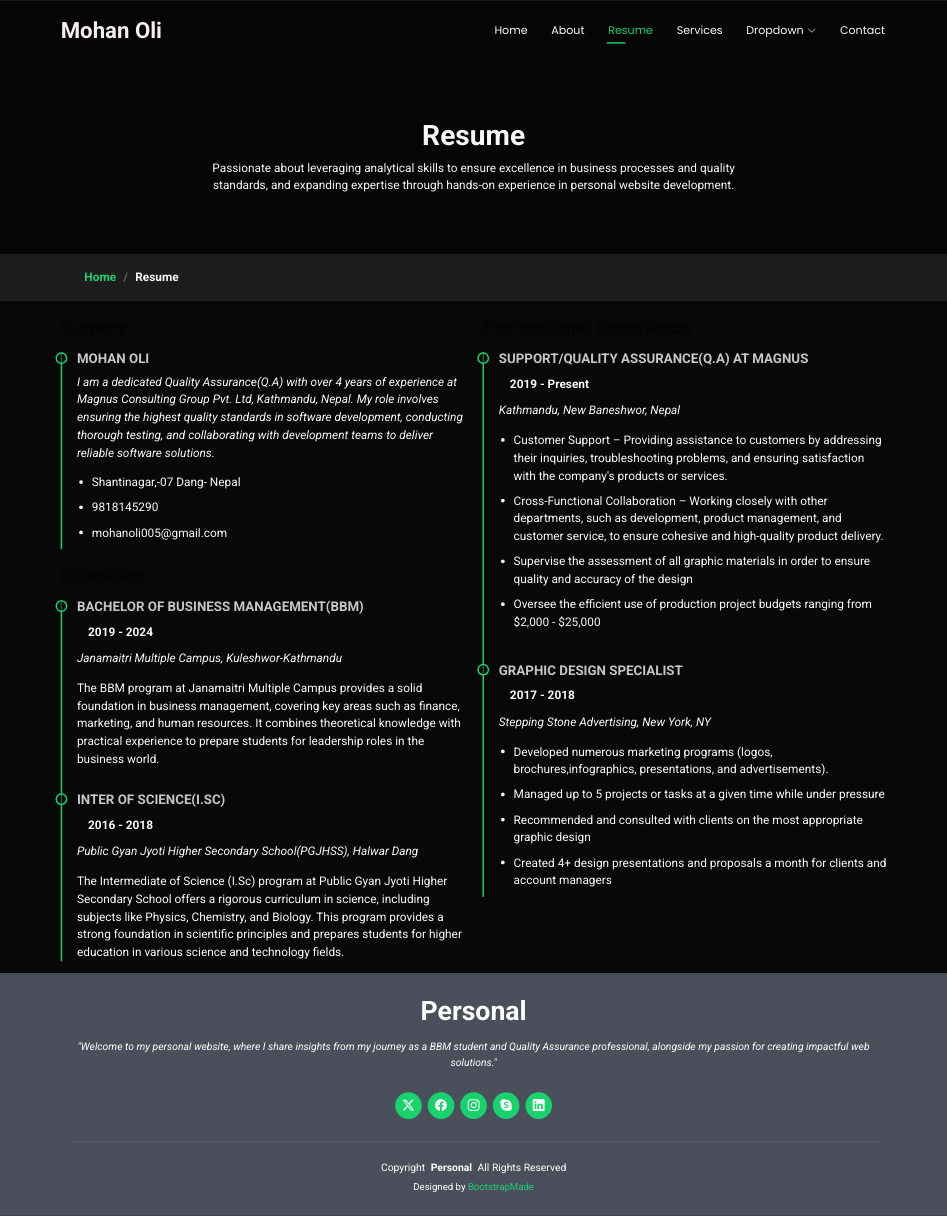
Repository: Mohanoli/mohan-git
Page: resume.html
The author's editor kept a copy of each file at every save. The page is drawn from the files as they stood at one save, then again after the next save.
The browser window is 1280 px wide. The pictures show the whole page, at 74% of full size.

Above is the page before, as saved 2024-08-12 16:28:50.

### resume.html
<!DOCTYPE html>
<html lang="en">

<head>
  <meta charset="utf-8">
  <meta content="width=device-width, initial-scale=1.0" name="viewport">
  <title>olimohan.cpm.np</title>
  <meta name="description" content="">
  <meta name="keywords" content="">

  <!-- Favicons -->
  <link href="assets/img/favicon.png" rel="icon">
  <link href="assets/img/apple-touch-icon.png" rel="apple-touch-icon">

  <!-- Fonts -->
  <link href="https://fonts.googleapis.com" rel="preconnect">
  <link href="https://fonts.gstatic.com" rel="preconnect" crossorigin>
  <link href="https://fonts.googleapis.com/css2?family=Roboto:ital,wght@0,100;0,300;0,400;0,500;0,700;0,900;1,100;1,300;1,400;1,500;1,700;1,900&family=Poppins:ital,wght@0,100;0,200;0,300;0,400;0,500;0,600;0,700;0,800;0,900;1,100;1,200;1,300;1,400;1,500;1,600;1,700;1,800;1,900&family=Raleway:ital,wght@0,100;0,200;0,300;0,400;0,500;0,600;0,700;0,800;0,900;1,100;1,200;1,300;1,400;1,500;1,600;1,700;1,800;1,900&display=swap" rel="stylesheet">

  <!-- Vendor CSS Files -->
  <link href="assets/vendor/bootstrap/css/bootstrap.min.css" rel="stylesheet">
  <link href="assets/vendor/bootstrap-icons/bootstrap-icons.css" rel="stylesheet">
  <link href="assets/vendor/aos/aos.css" rel="stylesheet">
  <link href="assets/vendor/swiper/swiper-bundle.min.css" rel="stylesheet">
  <link href="assets/vendor/glightbox/css/glightbox.min.css" rel="stylesheet">

  <!-- Main CSS File -->
  <link href="assets/css/main.css" rel="stylesheet">

  <!-- =======================================================
  * Template Name: Personal
  * Template URL: https://bootstrapmade.com/personal-free-resume-bootstrap-template/
  * Updated: Aug 07 2024 with Bootstrap v5.3.3
  * Author: BootstrapMade.com
  * License: https://bootstrapmade.com/license/
  ======================================================== -->
</head>

<body class="resume-page">

  <header id="header" class="header d-flex align-items-center fixed-top">
    <div class="container-fluid container-xl position-relative d-flex align-items-center justify-content-between">

      <a href="index.html" class="logo d-flex align-items-center">
        <!-- Uncomment the line below if you also wish to use an image logo -->
        <!-- <img src="assets/img/logo.png" alt=""> -->
        <h1 class="sitename">Mohan Oli</h1>
      </a>

      <nav id="navmenu" class="navmenu">
        <ul>
          <li><a href="index.html">Home</a></li>
          <li><a href="about.html">About</a></li>
          <li><a href="resume.html" class="active">Resume</a></li>
          <li><a href="services.html">Services</a></li>

          <li class="dropdown"><a href="#"><span>Dropdown</span> <i class="bi bi-chevron-down toggle-dropdown"></i></a>
            <ul>
              <li><a href="#">Dropdown 1</a></li>
              <li class="dropdown"><a href="#"><span>Deep Dropdown</span> <i class="bi bi-chevron-down toggle-dropdown"></i></a>
                <ul>
                  <li><a href="#">Deep Dropdown 1</a></li>
                  <li><a href="#">Deep Dropdown 2</a></li>
                  <li><a href="#">Deep Dropdown 3</a></li>
                  <li><a href="#">Deep Dropdown 4</a></li>
                  <li><a href="#">Deep Dropdown 5</a></li>
                </ul>
              </li>
              <li><a href="#">Dropdown 2</a></li>
              <li><a href="#">Dropdown 3</a></li>
              <li><a href="#">Dropdown 4</a></li>
            </ul>
          </li>
          <li><a href="contact.html">Contact</a></li>
        </ul>
        <i class="mobile-nav-toggle d-xl-none bi bi-list"></i>
      </nav>

    </div>
  </header>

  <main class="main">

    <!-- Page Title -->
    <div class="page-title" data-aos="fade">
      <div class="heading">
        <div class="container">
          <div class="row d-flex justify-content-center text-center">
            <div class="col-lg-8">
              <h1>Resume</h1>
              <p class="mb-0"> Passionate about leveraging analytical skills to ensure excellence in business processes and quality standards, and expanding expertise through hands-on experience in personal website development.</p>
            </div>
          </div>
        </div>
      </div>
      <nav class="breadcrumbs">
        <div class="container">
          <ol>
            <li><a href="index.html">Home</a></li>
            <li class="current">Resume</li>
          </ol>
        </div>
      </nav>
    </div><!-- End Page Title -->

    <!-- Resume Section -->
    <section id="resume" class="resume section">

      <div class="container">

        <div class="row">

          <div class="col-lg-6" data-aos="fade-up" data-aos-delay="10">
            <h3 class="resume-title">Sumary</h3>

            <div class="resume-item pb-0">
              <h4>Mohan Oli</h4>
              <p><em>I am a dedicated Quality Assurance(Q.A) with over 4 years of experience at Magnus Consulting Group Pvt. Ltd, Kathmandu, Nepal. My role involves ensuring the highest quality standards in software development, conducting thorough testing, and collaborating with development teams to deliver reliable software solutions.</em></p>
              <ul>
                <li>Shantinagar,-07 Dang- Nepal</li>
                <li>9818145290</li>
                <li>mohanoli005@gmail.com</li>
              </ul>
            </div><!-- Edn Resume Item -->

            <h3 class="resume-title">Education</h3>
            <div class="resume-item">
              <h4>Bachelor of Business Management(BBM)</h4>
              <h5>2019 - 2024</h5>
              <p><em>Janamaitri Multiple Campus, Kuleshwor-Kathmandu</em></p>
              <p>The BBM program at Janamaitri Multiple Campus provides a solid foundation in business management, covering key areas such as finance, marketing, and human resources. It combines theoretical knowledge with practical experience to prepare students for leadership roles in the business world.</p>
            </div><!-- Edn Resume Item -->

            <div class="resume-item">
              <h4>Inter of Science(I.Sc)</h4>
              <h5>2016 - 2018</h5>
              <p><em>Public Gyan Jyoti Higher Secondary School(PGJHSS), Halwar Dang</em></p>
              <p>The Intermediate of Science (I.Sc) program at Public Gyan Jyoti Higher Secondary School offers a rigorous curriculum in science, including subjects like Physics, Chemistry, and Biology. This program provides a strong foundation in scientific principles and prepares students for higher education in various science and technology fields.</p>
            </div><!-- Edn Resume Item -->

          </div>

          <div class="col-lg-6" data-aos="fade-up" data-aos-delay="200">
            <h3 class="resume-title">Professional Experience</h3>
            <div class="resume-item">
              <h4>Support/Quality Assurance(Q.A) at Magnus</h4>
              <h5>2019 - Present</h5>
              <p><em>Kathmandu, New Baneshwor, Nepal </em></p>
              <ul>
                <li>Customer Support – Providing assistance to customers by addressing their inquiries, troubleshooting problems, and ensuring satisfaction with the company's products or services.</li>
                <li>Cross-Functional Collaboration – Working closely with other departments, such as development, product management, and customer service, to ensure cohesive and high-quality product delivery. </li>
                <li>Supervise the assessment of all graphic materials in order to ensure quality and accuracy of the design</li>
                <li>Oversee the efficient use of production project budgets ranging from $2,000 - $25,000</li>
              </ul>
            </div><!-- Edn Resume Item -->

            <div class="resume-item">
              <h4>Graphic design specialist</h4>
              <h5>2017 - 2018</h5>
              <p><em>Stepping Stone Advertising, New York, NY</em></p>
              <ul>
                <li>Developed numerous marketing programs (logos, brochures,infographics, presentations, and advertisements).</li>
                <li>Managed up to 5 projects or tasks at a given time while under pressure</li>
                <li>Recommended and consulted with clients on the most appropriate graphic design</li>
                <li>Created 4+ design presentations and proposals a month for clients and account managers</li>
              </ul>
            </div><!-- Edn Resume Item -->

          </div>

        </div>

      </div>

    </section>


    <!-- /Resume Section -->

  </main>

  <footer id="footer" class="footer dark-background">
    <div class="container">
      <h3 class="sitename">Personal</h3>
      <p>"Welcome to my personal website, where I share insights from my journey as a BBM student and Quality Assurance professional, alongside my passion for creating impactful web solutions."</p>
      <div class="social-links d-flex justify-content-center">
        <a href=""><i class="bi bi-twitter-x"></i></a>
        <a href=""><i class="bi bi-facebook"></i></a>
        <a href=""><i class="bi bi-instagram"></i></a>
        <a href=""><i class="bi bi-skype"></i></a>
        <a href=""><i class="bi bi-linkedin"></i></a>
      </div>
      <div class="container">
        <div class="copyright">
          <span>Copyright</span> <strong class="px-1 sitename">Personal</strong> <span>All Rights Reserved</span>
        </div>
        <div class="credits">
          <!-- All the links in the footer should remain intact. -->
          <!-- You can delete the links only if you've purchased the pro version. -->
          <!-- Licensing information: https://bootstrapmade.com/license/ -->
          <!-- Purchase the pro version with working PHP/AJAX contact form: [buy-url] -->
          Designed by <a href="https://bootstrapmade.com/">BootstrapMade</a>
        </div>
      </div>
    </div>
  </footer>

  <!-- Scroll Top -->
  <a href="#" id="scroll-top" class="scroll-top d-flex align-items-center justify-content-center"><i class="bi bi-arrow-up-short"></i></a>

  <!-- Preloader -->
  <div id="preloader"></div>

  <!-- Vendor JS Files -->
  <script src="assets/vendor/bootstrap/js/bootstrap.bundle.min.js"></script>
  <script src="assets/vendor/php-email-form/validate.js"></script>
  <script src="assets/vendor/aos/aos.js"></script>
  <script src="assets/vendor/typed.js/typed.umd.js"></script>
  <script src="assets/vendor/purecounter/purecounter_vanilla.js"></script>
  <script src="assets/vendor/waypoints/noframework.waypoints.js"></script>
  <script src="assets/vendor/swiper/swiper-bundle.min.js"></script>
  <script src="assets/vendor/glightbox/js/glightbox.min.js"></script>
  <script src="assets/vendor/imagesloaded/imagesloaded.pkgd.min.js"></script>
  <script src="assets/vendor/isotope-layout/isotope.pkgd.min.js"></script>

  <!-- Main JS File -->
  <script src="assets/js/main.js"></script>

</body>

</html>

Loaded but not shown: assets/vendor/bootstrap/css/bootstrap.min.css (library); assets/vendor/bootstrap-icons/bootstrap-icons.css (library); assets/vendor/aos/aos.css (library); assets/vendor/swiper/swiper-bundle.min.css (library); assets/vendor/glightbox/css/glightbox.min.css (library); assets/vendor/bootstrap/js/bootstrap.bundle.min.js (library); assets/vendor/php-email-form/validate.js (common file); assets/vendor/aos/aos.js (library); assets/vendor/typed.js/typed.umd.js (library); assets/vendor/purecounter/purecounter_vanilla.js (library); assets/vendor/waypoints/noframework.waypoints.js (library); assets/vendor/swiper/swiper-bundle.min.js (library); assets/vendor/glightbox/js/glightbox.min.js (library); assets/vendor/imagesloaded/imagesloaded.pkgd.min.js (library); assets/vendor/isotope-layout/isotope.pkgd.min.js (library); assets/js/main.js (202 lines, source omitted); assets/css/main.css (1518 lines, source omitted)

After the next save:
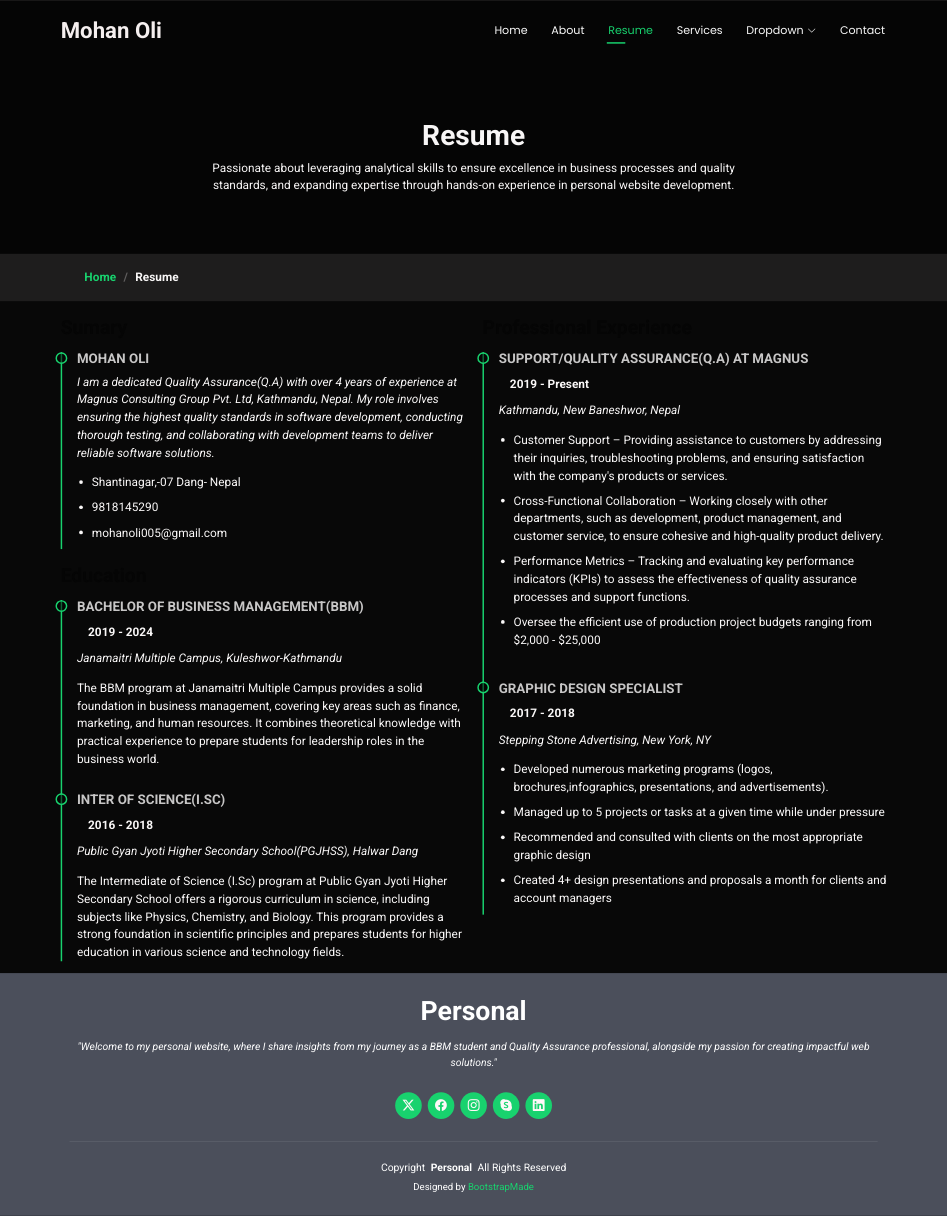
Saved 13 min 14 s later.
--- a/resume.html
+++ b/resume.html
@@ -149,7 +149,7 @@
               <ul>
                 <li>Customer Support – Providing assistance to customers by addressing their inquiries, troubleshooting problems, and ensuring satisfaction with the company's products or services.</li>
                 <li>Cross-Functional Collaboration – Working closely with other departments, such as development, product management, and customer service, to ensure cohesive and high-quality product delivery. </li>
-                <li>Supervise the assessment of all graphic materials in order to ensure quality and accuracy of the design</li>
+                <li>Performance Metrics – Tracking and evaluating key performance indicators (KPIs) to assess the effectiveness of quality assurance processes and support functions.</li>
                 <li>Oversee the efficient use of production project budgets ranging from $2,000 - $25,000</li>
               </ul>
             </div><!-- Edn Resume Item -->
